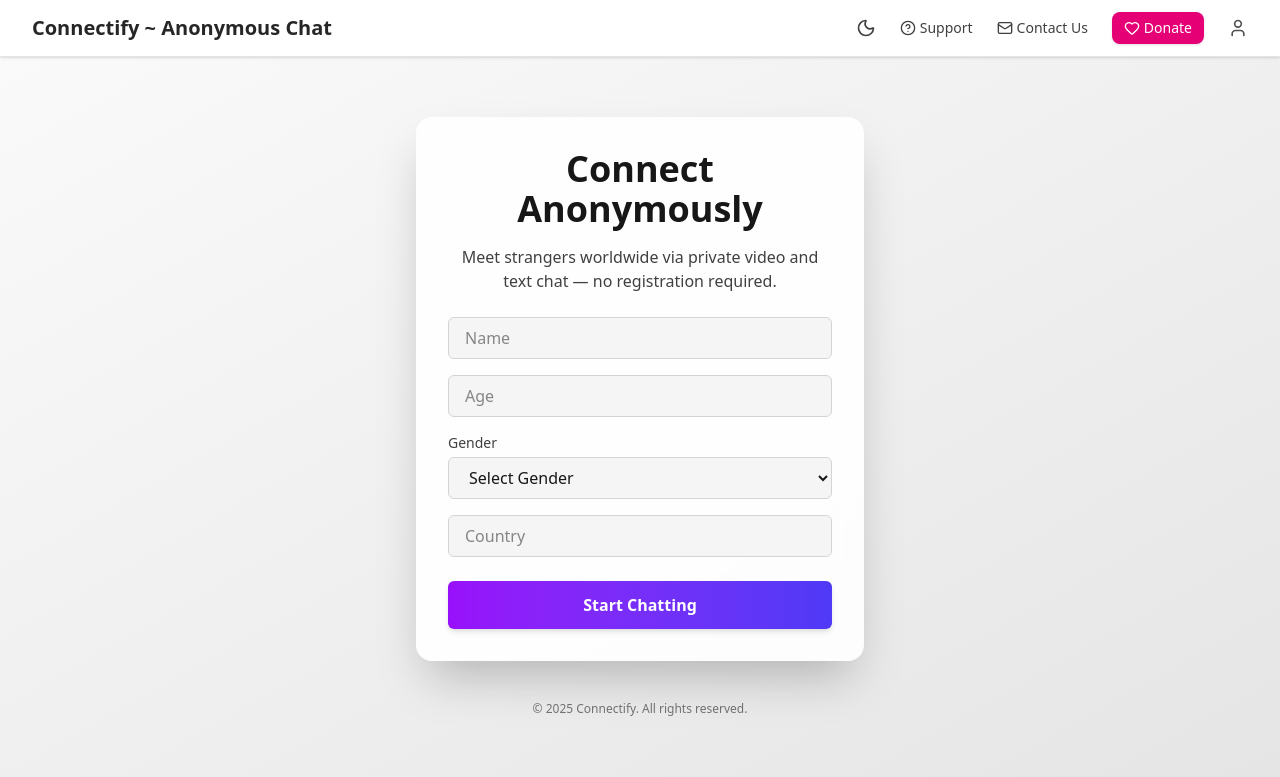
Repository: akanksha653/connectify
Page: /
These files come from the project's save history. The page is drawn as it stood at one moment and after the next save; the edit follows.
The browser window is 1280 px wide. The pictures show the whole page.
The project was rebuilt for these pictures with package versions that can differ from the ones it lists, and the page was loaded fresh each time. The framework's server and built-in components were replaced by stand-ins that run in the browser. Also part of the build but not shown: next.config.ts, components/common/ProfileDropdown.tsx.

Above is the page before, as saved 2025-09-26 13:18:53.

### src/app/layout.tsx
import type { Metadata } from "next";
import { Geist, Geist_Mono } from "next/font/google";
import "./globals.css";
import Navbar from "../../components/common/Navbar"; // ✅ Updated: Import full Navbar

const geistSans = Geist({
  variable: "--font-geist-sans",
  subsets: ["latin"],
});

const geistMono = Geist_Mono({
  variable: "--font-geist-mono",
  subsets: ["latin"],
});

export const metadata: Metadata = {
  title: "Connectify",
  description: "Anonymous real-time chat & video app",
};

export default function RootLayout({
  children,
}: Readonly<{
  children: React.ReactNode;
}>) {
  return (
    <html lang="en" className="scroll-smooth">
      <body
        className={`${geistSans.variable} ${geistMono.variable} font-sans antialiased text-neutral-900 dark:text-neutral-100 bg-white dark:bg-neutral-900 transition-colors duration-300`}
      >
        {/* ✅ Full Navbar */}
        <Navbar />
        {children}
      </body>
    </html>
  );
}

### src/app/page.tsx
"use client";

import { useRouter } from "next/navigation";
import { useState, useEffect } from "react";
import { motion } from "framer-motion";

export default function HomePage() {
  const router = useRouter();

  const [form, setForm] = useState({
    name: "",
    age: "",
    gender: "",
    country: "",
  });

  const [userInfo, setUserInfo] = useState<any>(null);

  useEffect(() => {
    const stored = localStorage.getItem("user-info");
    if (stored) {
      setUserInfo(JSON.parse(stored));
    }
  }, []);

  const handleStartChatting = () => {
    if (!form.name || !form.age || !form.gender || !form.country) {
      alert("Please fill in all fields.");
      return;
    }
    localStorage.setItem("user-info", JSON.stringify(form));
    router.push("/anonymous");
  };

  const handleResumeChat = () => {
    router.push("/anonymous");
  };

  if (userInfo) {
    return (
      <main className="min-h-screen flex items-center justify-center bg-gradient-to-br from-blue-100 to-purple-200 dark:from-neutral-900 dark:to-neutral-800 px-4 py-8">
        <motion.div
          className="bg-white dark:bg-neutral-900 p-8 rounded-2xl shadow-2xl w-full max-w-md text-center"
          initial={{ opacity: 0, scale: 0.95, y: 50 }}
          animate={{ opacity: 1, scale: 1, y: 0 }}
          transition={{ duration: 0.6 }}
        >
          <motion.div
            initial={{ scale: 0 }}
            animate={{ scale: 1 }}
            transition={{ delay: 0.2 }}
            className="mx-auto mb-4 w-20 h-20 flex items-center justify-center rounded-full bg-blue-100 dark:bg-blue-900 shadow-inner"
          >
            <motion.svg
              xmlns="http://www.w3.org/2000/svg"
              width="48"
              height="48"
              viewBox="0 0 24 24"
              fill="none"
              stroke="currentColor"
              strokeWidth="1.8"
              strokeLinecap="round"
              strokeLinejoin="round"
              className="text-blue-600 dark:text-blue-300"
              animate={{ rotate: [0, -15, 0] }}
              transition={{ repeat: Infinity, duration: 2, repeatDelay: 1 }}
            >
              <path d="M4 15V9a2 2 0 0 1 2-2h3V4a2 2 0 1 1 4 0v3h3a2 2 0 0 1 2 2v6" />
              <path d="M16 21H8a4 4 0 0 1-4-4v0" />
            </motion.svg>
          </motion.div>

          <motion.h1
            className="text-2xl sm:text-3xl font-bold text-neutral-800 dark:text-white mb-2"
            initial={{ y: 10, opacity: 0 }}
            animate={{ y: 0, opacity: 1 }}
            transition={{ delay: 0.4 }}
          >
            Welcome back, {userInfo.name}! 👋
          </motion.h1>

          <motion.p
            className="text-sm sm:text-base text-neutral-600 dark:text-neutral-300 mb-4"
            initial={{ opacity: 0 }}
            animate={{ opacity: 1 }}
            transition={{ delay: 0.5 }}
          >
            Age: <strong>{userInfo.age}</strong> | Country:{" "}
            <strong>{userInfo.country}</strong>
          </motion.p>

          <motion.button
            onClick={handleResumeChat}
            className="mt-4 px-6 py-2 bg-blue-600 hover:bg-blue-700 text-white text-sm font-medium rounded-xl shadow-lg transition"
            whileHover={{ scale: 1.05 }}
            whileTap={{ scale: 0.95 }}
          >
            🚀 Start Chatting
          </motion.button>
        </motion.div>
      </main>
    );
  }

  // Registration view
  return (
    <main className="min-h-screen flex flex-col items-center justify-center bg-gradient-to-br from-neutral-50 to-neutral-200 dark:from-neutral-900 dark:to-neutral-800 px-4 py-8 overflow-y-auto">
      <section className="w-full max-w-md text-center p-6 sm:p-8 rounded-2xl shadow-2xl bg-white/90 dark:bg-neutral-900/80 backdrop-blur-md">
        <h1 className="text-3xl sm:text-4xl font-extrabold text-neutral-900 dark:text-white mb-4">
          Connect Anonymously
        </h1>

        <p className="text-sm sm:text-base text-neutral-700 dark:text-neutral-300 mb-6">
          Meet strangers worldwide via private video and text chat — no registration required.
        </p>

        <form className="space-y-4 text-left">
          <input
            type="text"
            placeholder="Name"
            className="w-full px-4 py-2 rounded-md border border-neutral-300 dark:border-neutral-700 bg-neutral-100 dark:bg-neutral-800 text-neutral-900 dark:text-white"
            value={form.name}
            onChange={(e) => setForm({ ...form, name: e.target.value })}
          />

          <input
            type="number"
            placeholder="Age"
            className="w-full px-4 py-2 rounded-md border border-neutral-300 dark:border-neutral-700 bg-neutral-100 dark:bg-neutral-800 text-neutral-900 dark:text-white"
            value={form.age}
            onChange={(e) => setForm({ ...form, age: e.target.value })}
          />

          <div>
            <label
              htmlFor="gender-select"
              className="block text-sm font-medium text-neutral-700 dark:text-neutral-300 mb-1"
            >
              Gender
            </label>
            <select
              id="gender-select"
              value={form.gender}
              onChange={(e) => setForm({ ...form, gender: e.target.value })}
              className="w-full px-4 py-2 rounded-md border border-neutral-300 dark:border-neutral-700 bg-neutral-100 dark:bg-neutral-800 text-neutral-900 dark:text-white"
            >
              <option value="">Select Gender</option>
              <option value="female">Female</option>
              <option value="male">Male</option>
              <option value="other">Other</option>
            </select>
          </div>

          <input
            type="text"
            placeholder="Country"
            className="w-full px-4 py-2 rounded-md border border-neutral-300 dark:border-neutral-700 bg-neutral-100 dark:bg-neutral-800 text-neutral-900 dark:text-white"
            value={form.country}
            onChange={(e) => setForm({ ...form, country: e.target.value })}
          />
        </form>

        <button
          onClick={handleStartChatting}
          className="w-full mt-6 bg-gradient-to-r from-purple-600 to-indigo-600 hover:from-purple-700 hover:to-indigo-700 text-white font-semibold px-6 py-3 rounded-md shadow-md hover:shadow-lg transition-all"
        >
          Start Chatting
        </button>
      </section>

      <footer className="mt-10 text-xs text-neutral-500 dark:text-neutral-400 text-center px-4">
        © {new Date().getFullYear()} Connectify. All rights reserved.
      </footer>
    </main>
  );
}

### src/app/globals.css
@import "tailwindcss";

/* Light/Dark Theme Variables */
:root {
  --color-background: #ffffff;
  --color-foreground: #171717;

  --font-sans: var(--font-geist-sans, system-ui, sans-serif);
  --font-mono: var(--font-geist-mono, monospace);
}

@media (prefers-color-scheme: dark) {
  :root {
    --color-background: #0a0a0a;
    --color-foreground: #ededed;
  }
}

/* Global Styling */
html,
body {
  height: 100%;              /* ✅ Full height */
}

body {
  background-color: var(--color-background);
  color: var(--color-foreground);
  font-family: var(--font-sans);
  line-height: 1.5;
  -webkit-font-smoothing: antialiased;
  -moz-osx-font-smoothing: grayscale;
  transition: background-color 0.3s ease, color 0.3s ease;
}

/* Smooth transitions */
html {
  scroll-behavior: smooth;
  transition: background-color 0.3s ease, color 0.3s ease; /* ✅ Added for <html> too */
}

/* Remove default outlines only when mouse is used */
*:focus-visible {
  outline: 2px solid #3b82f6; /* blue-500 */
  outline-offset: 2px;
}

### components/common/Navbar.tsx
"use client";

import React, { useState, useEffect } from "react";
import Link from "next/link";
import { usePathname } from "next/navigation";
import {
  Menu,
  X,
  Sun,
  Moon,
  Heart,
  Mail,
  HelpCircle,
  User,
} from "lucide-react";
import ProfileDropdown from "./ProfileDropdown";

export default function Navbar() {
  const pathname = usePathname();
  const [isMenuOpen, setIsMenuOpen] = useState(false);

  const [userLoggedIn, setUserLoggedIn] = useState(false);

  // 🌙 Initialize theme with localStorage or system preference
  const [isDark, setIsDark] = useState(() => {
    if (typeof window !== "undefined") {
      const stored = localStorage.getItem("theme");
      if (stored) return stored === "dark";
      return window.matchMedia("(prefers-color-scheme: dark)").matches;
    }
    return false;
  });

  useEffect(() => {
    // Detect if user-info is set
    const userInfo = localStorage.getItem("user-info");
    setUserLoggedIn(!!userInfo);
  }, []);

  useEffect(() => {
    const root = document.documentElement;
    if (isDark) {
      root.classList.add("dark");
      localStorage.setItem("theme", "dark");
    } else {
      root.classList.remove("dark");
      localStorage.setItem("theme", "light");
    }
  }, [isDark]);

  const toggleTheme = () => setIsDark((prev) => !prev);
  const toggleMenu = () => setIsMenuOpen((prev) => !prev);

  const linkClass = (path: string) =>
    `flex items-center gap-1 text-sm transition-colors ${
      pathname === path
        ? "text-blue-600 dark:text-blue-400 font-medium"
        : "text-neutral-700 dark:text-neutral-200 hover:text-blue-600 dark:hover:text-blue-400"
    }`;

  return (
    <nav className="sticky top-0 z-50 bg-white/80 dark:bg-neutral-900/80 backdrop-blur transition-colors duration-300 shadow-sm border-b border-neutral-200 dark:border-neutral-700">
      <div className="max-w-screen-2xl mx-auto px-4 sm:px-6 lg:px-8 py-3 flex items-center justify-between">
        {/* Left: Logo */}
        <div className="text-xl font-semibold text-neutral-800 dark:text-neutral-100 transition-colors">
          <Link href="/">Connectify ~ Anonymous Chat</Link>
        </div>

        {/* Desktop Nav */}
        <div className="hidden md:flex items-center gap-6">
          {/* Theme Toggle */}
          <button
            onClick={toggleTheme}
            className="text-neutral-700 dark:text-neutral-200 hover:text-blue-600 dark:hover:text-blue-400 transition-colors"
            title="Toggle Dark Mode"
          >
            {isDark ? <Sun className="w-5 h-5" /> : <Moon className="w-5 h-5" />}
          </button>

          <Link href="/support" className={linkClass("/support")}>
            <HelpCircle className="w-4 h-4" />
            Support
          </Link>

          <Link href="/contact" className={linkClass("/contact")}>
            <Mail className="w-4 h-4" />
            Contact Us
          </Link>

          <Link
            href="/donate"
            className="inline-flex items-center gap-1 px-3 py-1.5 rounded-lg bg-pink-600 hover:bg-pink-700 text-white text-sm shadow transition-colors"
          >
            <Heart className="w-4 h-4" />
            Donate
          </Link>

          {userLoggedIn ? (
            <ProfileDropdown />
          ) : (
            <button
              className="text-neutral-600 dark:text-neutral-300 hover:text-blue-600 dark:hover:text-blue-400"
              title="Guest User"
            >
              <User className="w-5 h-5" />
            </button>
          )}
        </div>

        {/* Mobile Hamburger + Theme */}
        <div className="md:hidden flex items-center gap-3">
          <button
            onClick={toggleTheme}
            className="text-neutral-700 dark:text-neutral-200 hover:text-blue-600 dark:hover:text-blue-400 transition-colors"
            title="Toggle Dark Mode"
          >
            {isDark ? <Sun className="w-5 h-5" /> : <Moon className="w-5 h-5" />}
          </button>

          <button
            onClick={toggleMenu}
            className="text-neutral-800 dark:text-neutral-100 focus:outline-none transition-colors"
          >
            {isMenuOpen ? <X className="w-6 h-6" /> : <Menu className="w-6 h-6" />}
          </button>
        </div>
      </div>

      {/* Mobile Dropdown Menu */}
      {isMenuOpen && (
        <div className="md:hidden px-4 pb-4 space-y-3 border-t border-neutral-200 dark:border-neutral-700 bg-white dark:bg-neutral-900 transition-colors">
          <Link href="/support" className={linkClass("/support")}>
            Support
          </Link>
          <Link href="/contact" className={linkClass("/contact")}>
            Contact Us
          </Link>
          <Link
            href="/donate"
            className="inline-flex items-center gap-2 px-3 py-2 rounded-lg bg-pink-600 hover:bg-pink-700 text-white text-sm shadow transition-colors"
          >
            <Heart className="w-4 h-4" />
            Donate
          </Link>
          <div className="pt-2 border-t border-neutral-300 dark:border-neutral-600">
            {userLoggedIn ? (
              <ProfileDropdown />
            ) : (
              <div className="text-neutral-600 dark:text-neutral-300 flex items-center gap-2 text-sm">
                <User className="w-4 h-4" /> Guest
              </div>
            )}
          </div>
        </div>
      )}
    </nav>
  );
}

After the next save:
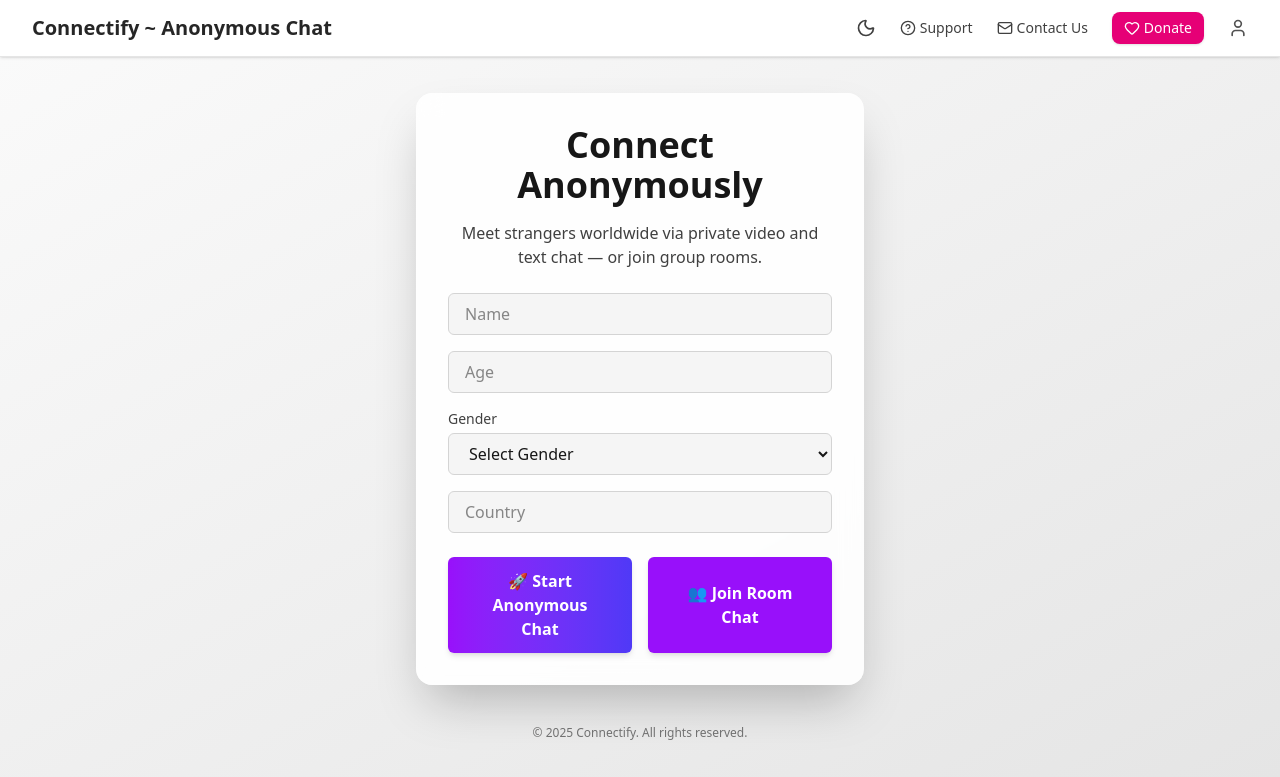
Saved 4 min 4 s later.
--- a/src/app/page.tsx
+++ b/src/app/page.tsx
@@ -36,6 +36,11 @@
     router.push("/anonymous");
   };
 
+  const handleGoToRooms = () => {
+    router.push("/rooms"); // ➡️ create src/app/rooms/page.tsx later
+  };
+
+  /* ---------- RETURNING USER ---------- */
   if (userInfo) {
     return (
       <main className="min-h-screen flex items-center justify-center bg-gradient-to-br from-blue-100 to-purple-200 dark:from-neutral-900 dark:to-neutral-800 px-4 py-8">
@@ -45,6 +50,7 @@
           animate={{ opacity: 1, scale: 1, y: 0 }}
           transition={{ duration: 0.6 }}
         >
+          {/* Avatar */}
           <motion.div
             initial={{ scale: 0 }}
             animate={{ scale: 1 }}
@@ -80,7 +86,7 @@
           </motion.h1>
 
           <motion.p
-            className="text-sm sm:text-base text-neutral-600 dark:text-neutral-300 mb-4"
+            className="text-sm sm:text-base text-neutral-600 dark:text-neutral-300 mb-6"
             initial={{ opacity: 0 }}
             animate={{ opacity: 1 }}
             transition={{ delay: 0.5 }}
@@ -89,20 +95,31 @@
             <strong>{userInfo.country}</strong>
           </motion.p>
 
-          <motion.button
-            onClick={handleResumeChat}
-            className="mt-4 px-6 py-2 bg-blue-600 hover:bg-blue-700 text-white text-sm font-medium rounded-xl shadow-lg transition"
-            whileHover={{ scale: 1.05 }}
-            whileTap={{ scale: 0.95 }}
-          >
-            🚀 Start Chatting
-          </motion.button>
+          <div className="flex flex-col sm:flex-row gap-4 justify-center">
+            <motion.button
+              onClick={handleResumeChat}
+              className="px-6 py-2 bg-blue-600 hover:bg-blue-700 text-white text-sm font-medium rounded-xl shadow-lg transition"
+              whileHover={{ scale: 1.05 }}
+              whileTap={{ scale: 0.95 }}
+            >
+              🚀 Start Anonymous Chat
+            </motion.button>
+
+            <motion.button
+              onClick={handleGoToRooms}
+              className="px-6 py-2 bg-purple-600 hover:bg-purple-700 text-white text-sm font-medium rounded-xl shadow-lg transition"
+              whileHover={{ scale: 1.05 }}
+              whileTap={{ scale: 0.95 }}
+            >
+              👥 Join Room Chat
+            </motion.button>
+          </div>
         </motion.div>
       </main>
     );
   }
 
-  // Registration view
+  /* ---------- NEW USER REGISTRATION ---------- */
   return (
     <main className="min-h-screen flex flex-col items-center justify-center bg-gradient-to-br from-neutral-50 to-neutral-200 dark:from-neutral-900 dark:to-neutral-800 px-4 py-8 overflow-y-auto">
       <section className="w-full max-w-md text-center p-6 sm:p-8 rounded-2xl shadow-2xl bg-white/90 dark:bg-neutral-900/80 backdrop-blur-md">
@@ -111,7 +128,7 @@
         </h1>
 
         <p className="text-sm sm:text-base text-neutral-700 dark:text-neutral-300 mb-6">
-          Meet strangers worldwide via private video and text chat — no registration required.
+          Meet strangers worldwide via private video and text chat — or join group rooms.
         </p>
 
         <form className="space-y-4 text-left">
@@ -160,12 +177,21 @@
           />
         </form>
 
-        <button
-          onClick={handleStartChatting}
-          className="w-full mt-6 bg-gradient-to-r from-purple-600 to-indigo-600 hover:from-purple-700 hover:to-indigo-700 text-white font-semibold px-6 py-3 rounded-md shadow-md hover:shadow-lg transition-all"
-        >
-          Start Chatting
-        </button>
+        <div className="flex flex-col sm:flex-row gap-4 mt-6">
+          <button
+            onClick={handleStartChatting}
+            className="flex-1 bg-gradient-to-r from-purple-600 to-indigo-600 hover:from-purple-700 hover:to-indigo-700 text-white font-semibold px-6 py-3 rounded-md shadow-md hover:shadow-lg transition-all"
+          >
+            🚀 Start Anonymous Chat
+          </button>
+
+          <button
+            onClick={handleGoToRooms}
+            className="flex-1 bg-purple-600 hover:bg-purple-700 text-white font-semibold px-6 py-3 rounded-md shadow-md hover:shadow-lg transition-all"
+          >
+            👥 Join Room Chat
+          </button>
+        </div>
       </section>
 
       <footer className="mt-10 text-xs text-neutral-500 dark:text-neutral-400 text-center px-4">
